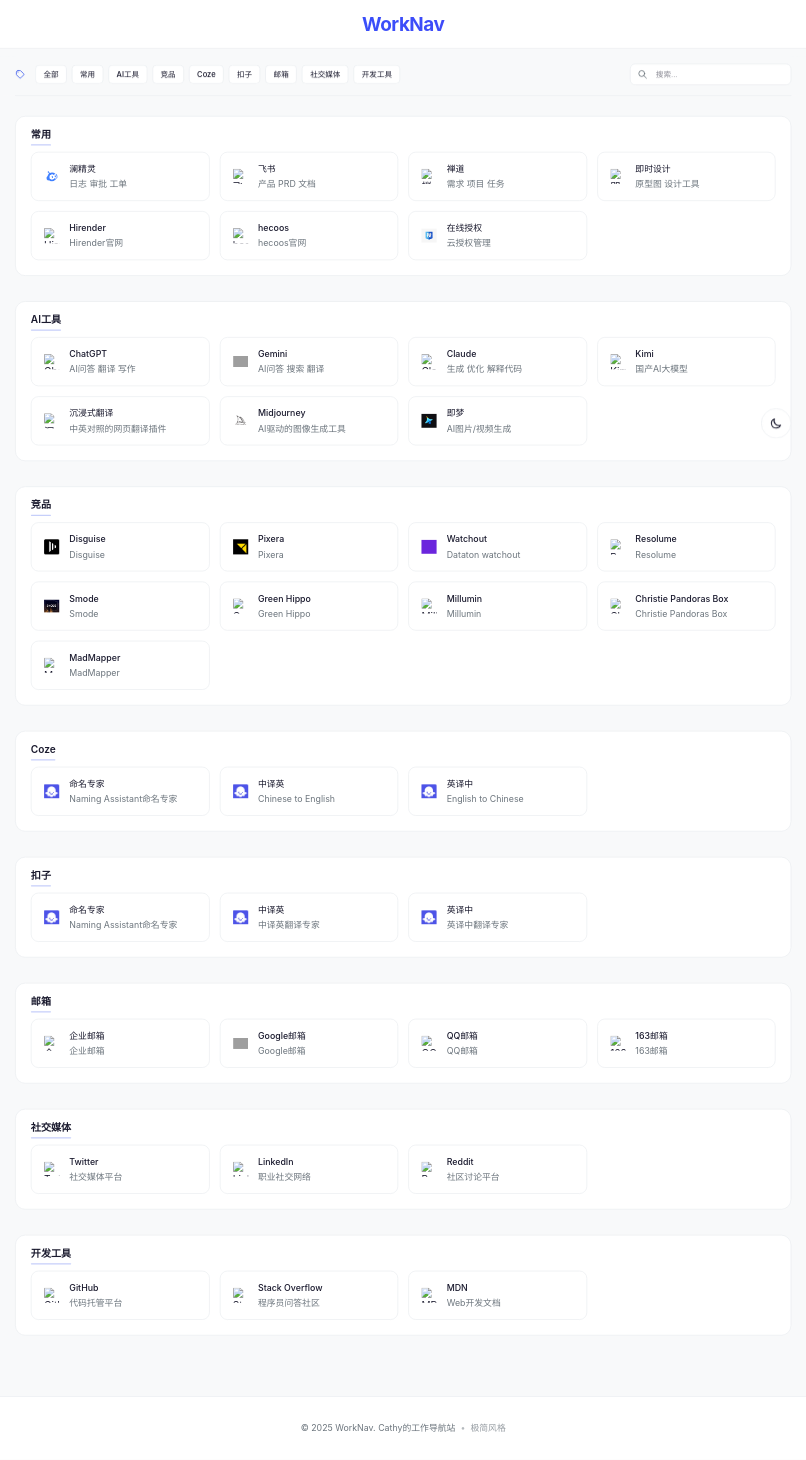
Repository: SweetPomelo0/WorkNav
Page: /
The author's editor kept a copy of each file at every save. The page is drawn from the files as they stood at one save, then again after a run of saves.
The browser window is 1280 px wide. The pictures show the whole page, at 63% of full size.
Pictures or frames that could not be fetched are drawn as grey boxes. The project was rebuilt for these pictures with package versions that can differ from the ones it lists, and the page was loaded fresh each time. The framework's server and built-in components were replaced by stand-ins that run in the browser. Also part of the build but not shown: next.config.ts.

Above is the page before, as saved 2025-07-27 00:36:17.

After the next 2 saves:
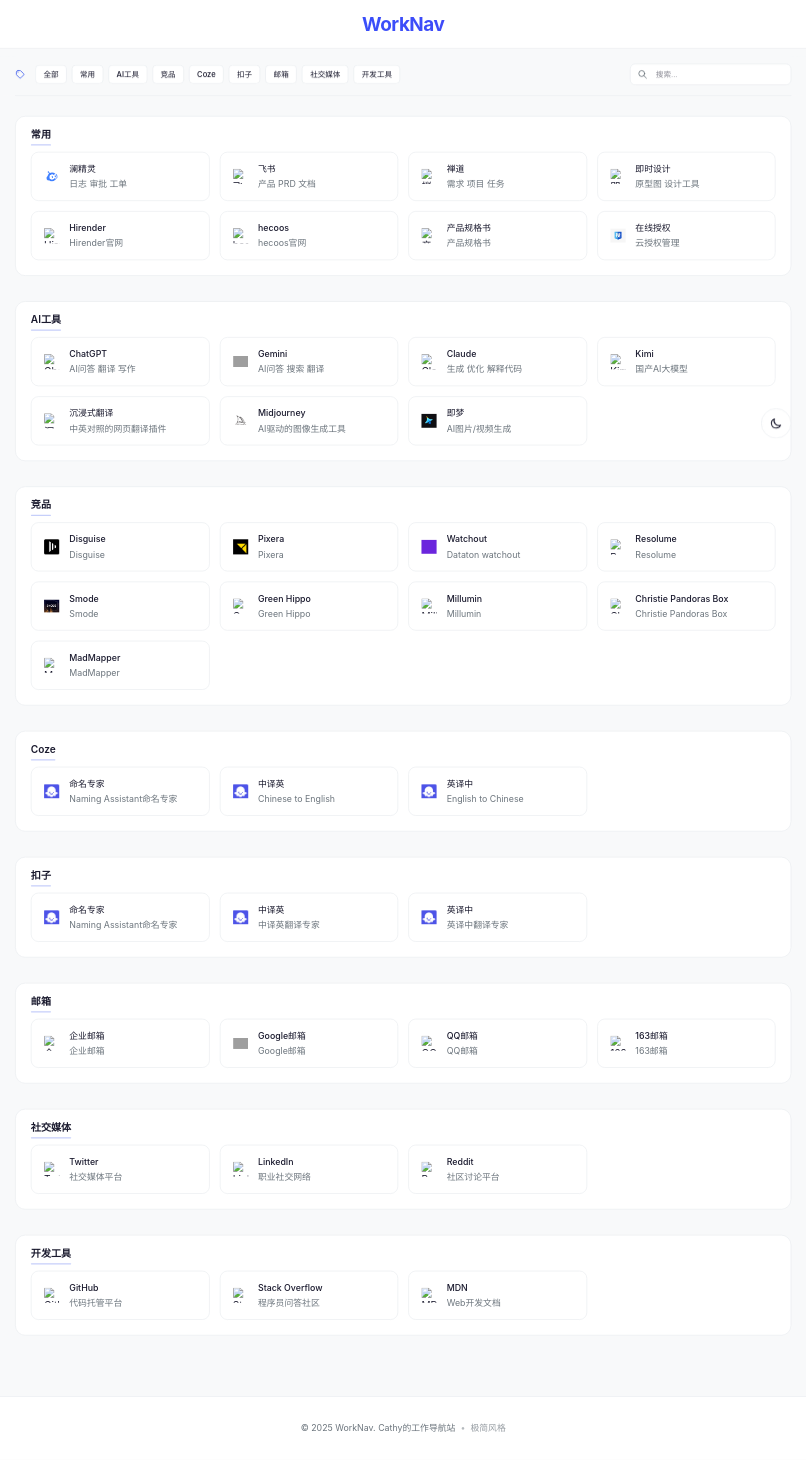
The 2 saves are shown as one change because 1 did not build or start.
The last was saved 5 min 50 s later.
--- a/src/app/page.tsx
+++ b/src/app/page.tsx
@@ -66,6 +66,7 @@
         { name: "即时设计", url: "https://js.design/recent", desc: "原型图 设计工具", icon: "https://img.js.design/assets/webImg/favicon.ico" },
         { name: "Hirender", url: "https://www.hirender.com/#/home", desc: "Hirender官网", icon: "https://www.hirender.com/favicon.ico" },
         { name: "hecoos", url: "https://www.hecoos.com/web/#/home", desc: "hecoos官网", icon: "https://www.hecoos.com/favicon.ico" },
+        { name: "产品规格书", url: "https://doc.weixin.qq.com/sheet/e3_AIoAXwbcAOcMw4Gp1xqSBKFUGK4yP?scode=AH4A8gcSAA4RLIOq0O", desc: "产品规格书", icon: "https://doc.weixin.qq.com/favicon.ico" },
         { name: "在线授权", url: "https://license.enlightv.com/web/", desc: "云授权管理", icon: "data:[embedded picture, 6295 characters]" },
       ]
     },
